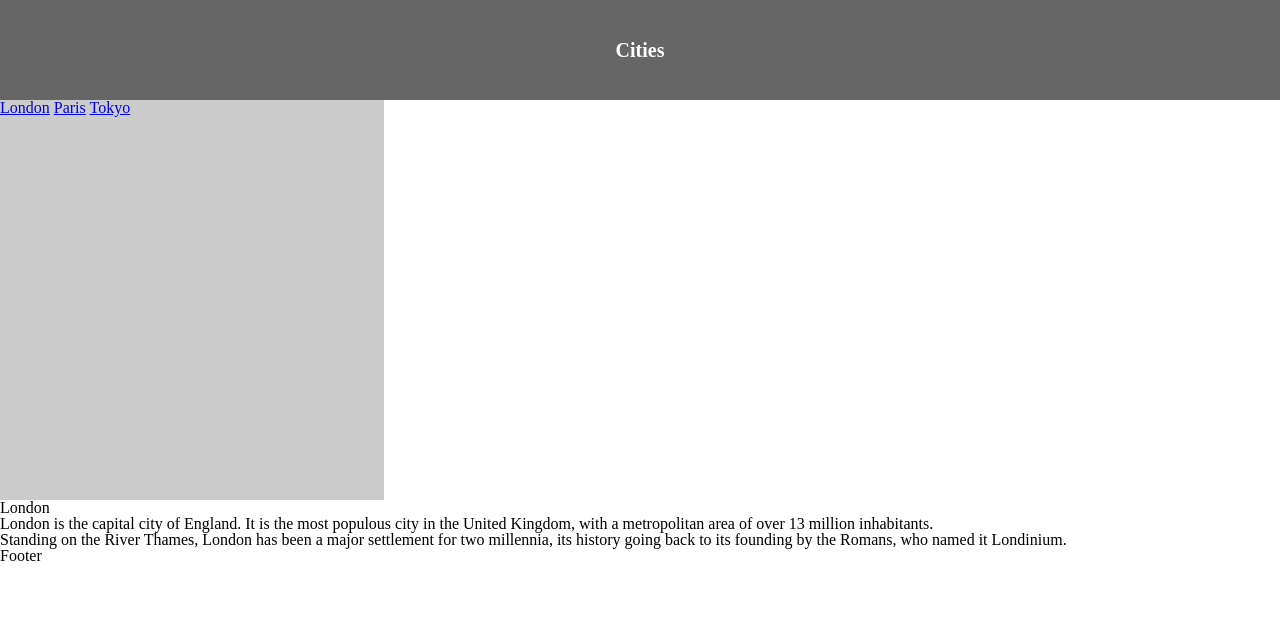
Repository: Tan-Khang21/TH_TKW--Buoi_06
Page: Bai_Tap_Tren_lop/Bai_01/LayoutCSS1.html
An editor plug-in stored every save of this project. The page is shown before and after the next save, followed by the edit.
The browser window is 1280 px wide. The pictures show the whole page.

Above is the page before, as saved 2024-03-11 19:45:26.

After the next save:
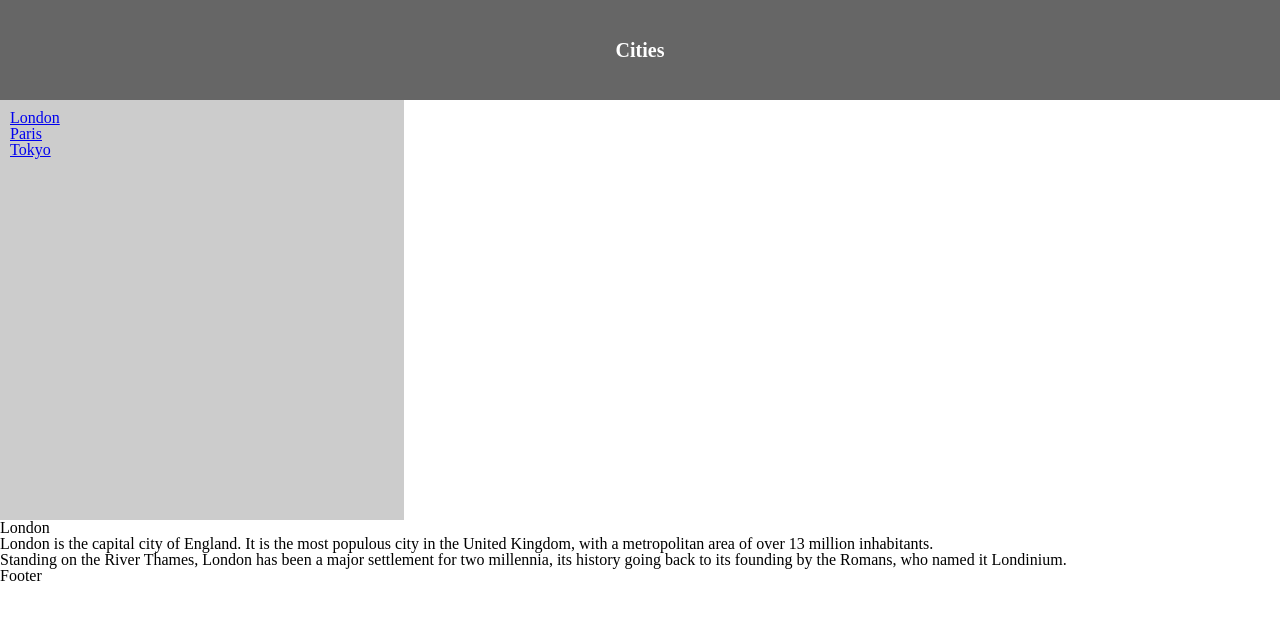
Saved 23 s later.
--- a/Bai_Tap_Tren_lop/Bai_01/style.css
+++ b/Bai_Tap_Tren_lop/Bai_01/style.css
@@ -15,4 +15,7 @@ body {
   width: 30%;
   height: 400px;
   background-color: #cccccc;
+  padding: 10px;
+  display: flex;
+  flex-direction: column;
 }
